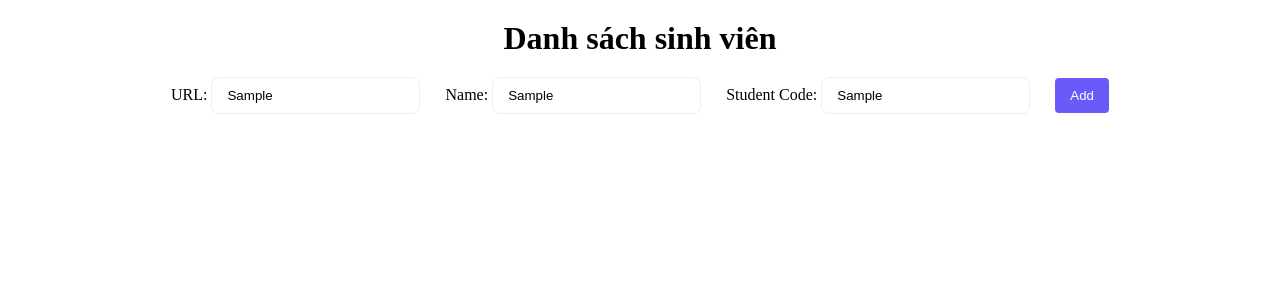
Repository: doquang195/demo-api
Page: indext.html
An editor plug-in stored every save of this project. The page is shown before and after a run of saves, followed by the edit.
The browser window is 1280 px wide. The pictures show the whole page.
Empty fields were first filled with sample values (such as "Sample", 5 or name@example.com).
After loading, the first visible `form.form-post` was submitted once.
The page's requests for data from a server got no answer.

Above is the page before, as saved 2023-10-04 22:01:22.

### indext.html
<!DOCTYPE html>
<html lang="en">
    <head>
        <meta charset="UTF-8" />
        <meta name="viewport" content="width=device-width, initial-scale=1.0" />
        <link rel="stylesheet" href="./reset.css" />
        <link rel="stylesheet" href="./style.css" />
        <title>Demo Rest API</title>
    </head>
    <body>
        <div>
            <h2 class="heading">Danh sách sinh viên</h2>
            <div id="list-courses"></div>
        </div>
        <form action="" class="form-post" method="post">
            <div>
                <label>URL:</label>
                <input
                    type="text"
                    name="image"
                    placeholder="Enter your URL image"
                />
            </div>
            <div>
                <label>Name:</label>
                <input
                    type="text"
                    name="name"
                    placeholder="Enter your fullname"
                />
            </div>
            <div>
                <label>Student Code:</label>
                <input
                    type="text"
                    name="code"
                    placeholder="Enter your student code"
                />
            </div>

            <button type="submit">Add</button>
        </form>
        <script src="./app.js"></script>
    </body>
</html>

### reset.css
html {
    box-sizing: border-box;
}
* {
    margin: 0;
    padding: 0;
}
*,
*:before,
*:after {
    box-sizing: border-box;
}
input,
textarea,
select,
button {
    outline: none;
}
input {
    line-height: normal;
}
label,
button {
    cursor: pointer;
}
a {
    text-decoration: none;
}
img {
    display: block;
    max-width: 100%;
}

### style.css
.heading {
    font-size: 32px;
    text-align: center;
    padding: 20px;
}

.form-post {
    display: flex;
    justify-content: center;
    align-items: center;
    gap: 0 25px;
}

.form-post input {
    padding: 10px 15px;
    border: 1px solid #eee;
    border-radius: 8px;
}

.form-post button {
    background-color: #6a5af9;
    color: white;
    border: 0;
    outline: none;
    padding: 10px 15px;
    border-radius: 4px;
}

### app.js
// let coursesAPI = "http://localhost:3000/courses";

// function start() {
//     getCourses(renderCourses);
//     handleCreateForm();
// }

// start();

// function getCourses(callback) {
//     fetch(coursesAPI)
//         .then((res) => res.json())
//         .then(callback);
// }

// function createCourse(data, callback) {
//     let options = {
//         method: "POST",
//         headers: {
//             "Content-Type": "application/json",
//         },
//         body: JSON.stringify(data),
//     };
//     fetch(coursesAPI, options)
//         .then((res) => res.json())
//         .then(callback);
// }

// function handleDeleteCourse(id) {
//     let options = {
//         method: "DELETE",
//         headers: {
//             "Content-Type": "application/json",
//         },
//     };
//     fetch(coursesAPI + "/" + id, options)
//         .then((res) => res.json())
//         .then(function () {
//             const courseItem = document.querySelector(".course-" + id);
//             if (courseItem) {
//                 courseItem.remove();
//             }
//         });
// }

// function renderCourses(courses) {
//     let listCourses = document.querySelector("#list-courses");
//     const htmls = courses.map(function (course) {
//         return `
//             <div class="course-${course.id}" style="width: 300px, height: 300px">
//                 <h4>${course.name}</h4>
//                 <p>${course.description}</p>
//                 <button onclick="handleDeleteCourse(${course.id})">Xoa</button>
//             </div>`;
//     });
//     listCourses.innerHTML = htmls;
// }

// function handleCreateForm() {
//     const createBtn = document.querySelector("#create");
//     createBtn.onclick = function () {
//         const name = document.querySelector('input[name="name"]').value;
//         const description = document.querySelector(
//             'input[name="description"]'
//         ).value;
//         const formData = {
//             name: name,
//             description: description,
//         };
//         createCourse(formData, function () {
//             getCourses(renderCourses);
//         });
//     };
// }
const student = {
    image: "",
    studentCode: "",
    name: "",
};

const endpoint = "http://localhost:3000/courses";

async function addPost(image, studentCode, name) {
    const response = fetch(endpoint, {
        method: "POST",
        body: JSON.stringify({
            image,
            studentCode,
            name,
        }),
        headers: {
            "Content-type": "application/json; charset=UTF-8",
        },
    })
        .then((res) => res.json())
        .then((json) => {});
}

const formPost = document.querySelector(".form-post");
formPost.addEventListener("submit", function (e) {
    e.preventDefault();
    const image = this.elements["image"].value;
    const studentCode = this.elements["code"].value;
    const name = this.elements["name"].value;
    addPost(image, studentCode, name);
});

After the next 2 saves:
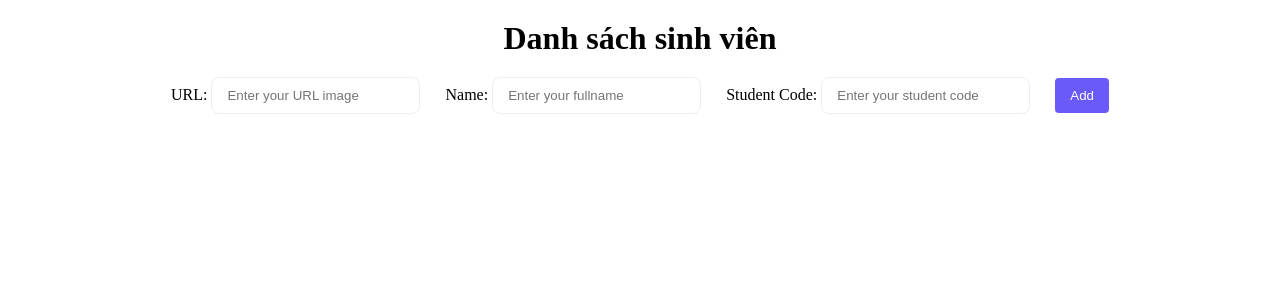
The 2 saves are shown as one change because they came seconds apart.
The last was saved 9 min 55 s later.
--- a/app.js
+++ b/app.js
@@ -103,4 +103,5 @@ formPost.addEventListener("submit", function (e) {
     const studentCode = this.elements["code"].value;
     const name = this.elements["name"].value;
     addPost(image, studentCode, name);
+    this.reset();
 });
